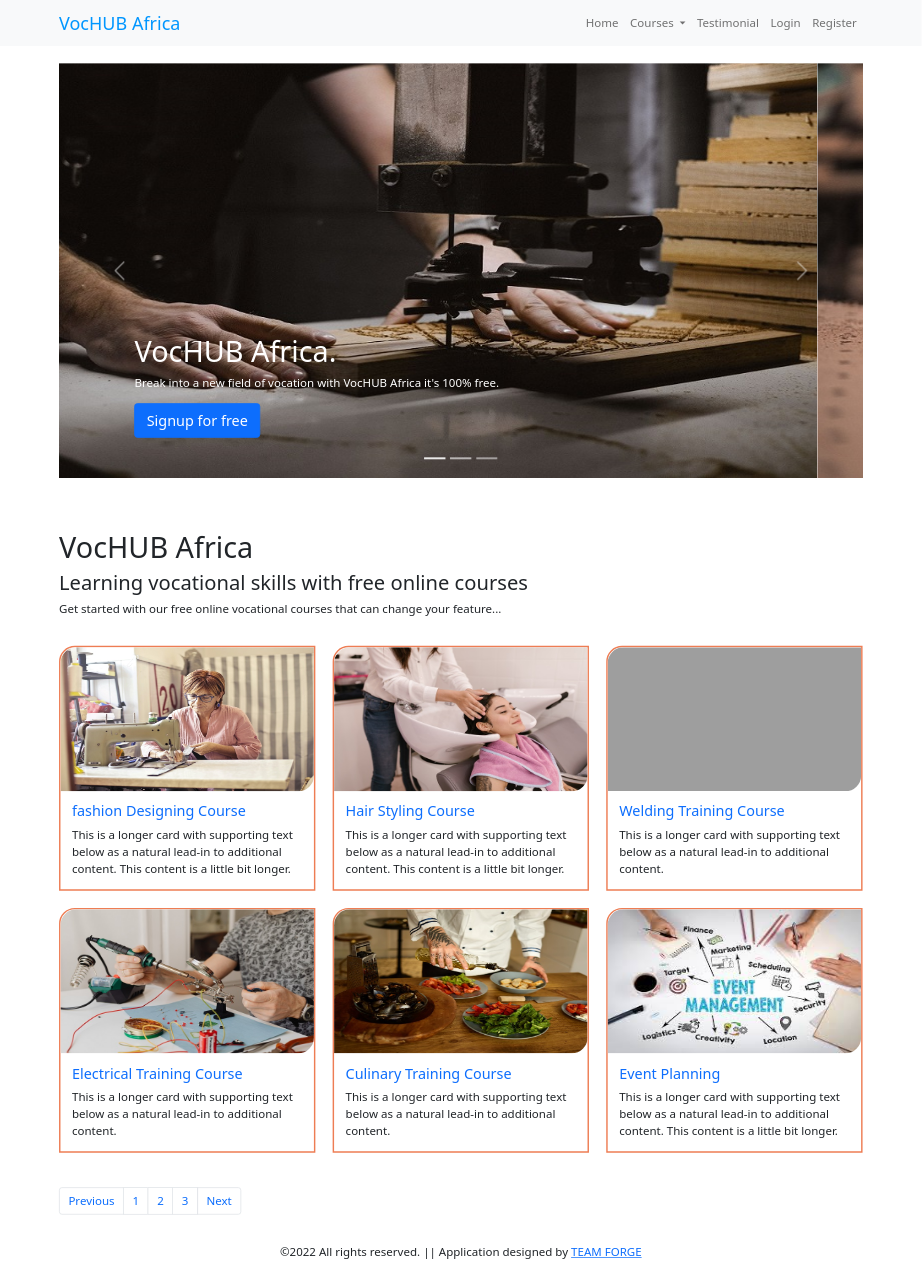
Repository: EKem01/VocHUB-Africa-Project
Page: / (app in client/)
An editor plug-in stored every save of this project. The page is shown before and after a run of saves, followed by the edit.
The browser window is 1280 px wide. The pictures show the whole page, at 72% of full size.
Pictures or frames that could not be fetched are drawn as grey boxes. The project was rebuilt for these pictures with package versions that can differ from the ones it lists, and the page was loaded fresh each time. Also part of the build but not shown: client/angular.json, client/src/app/components/login/login.component.ts, client/src/app/components/register/register.component.ts, client/src/app/components/courses/fashion-designing/fashion-designing.component.ts, client/src/app/components/courses/hair-styling/hair-styling.component.ts, client/src/app/components/dashboard/dashboard.component.ts, client/src/app/components/logout/logout.component.ts, client/src/app/components/mentorship/mentorship.component.ts.

Above is the page before, as saved 2022-06-13 23:12:47.

After the next 2 saves:
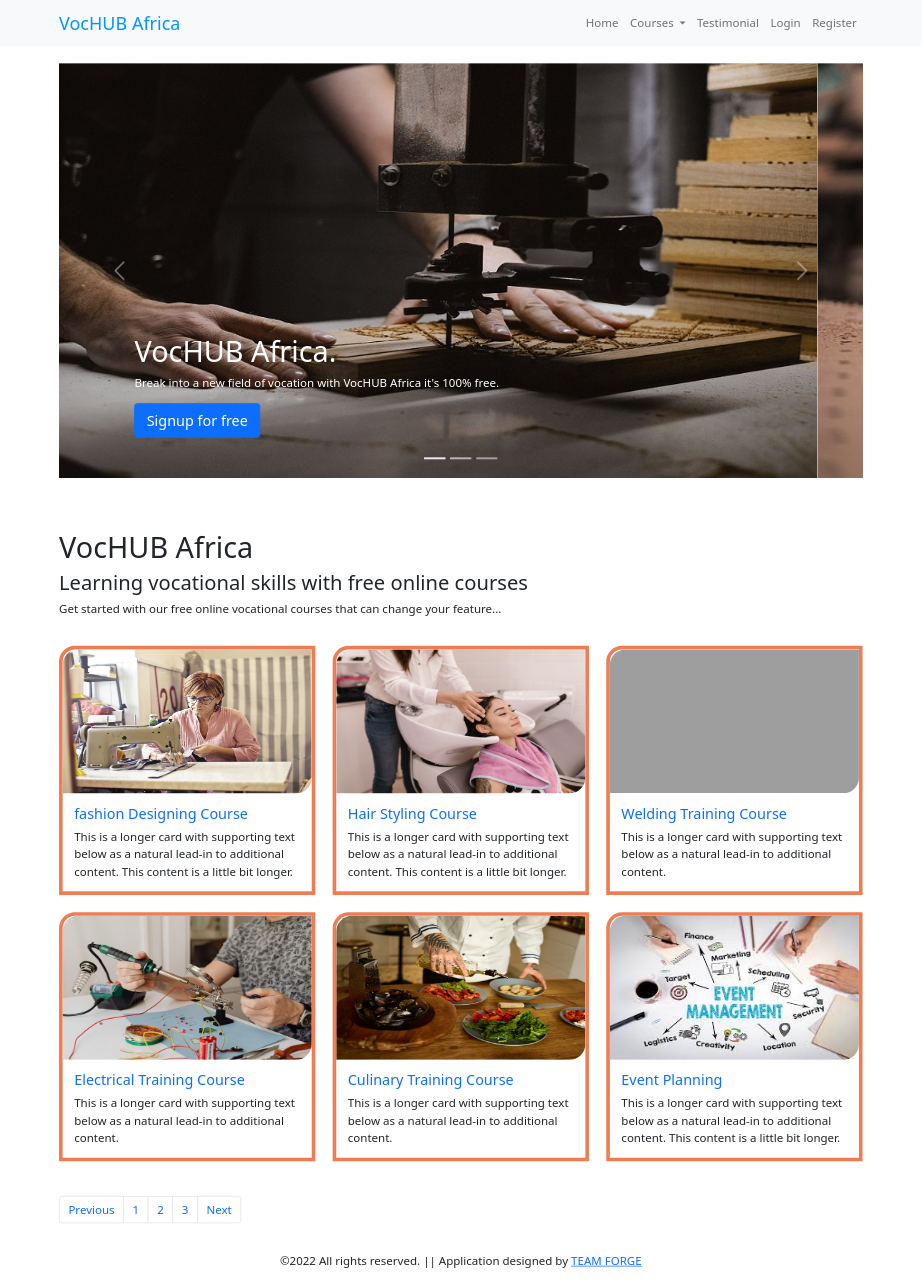
The 2 saves are shown as one change because they came seconds apart.
The last was saved 8 s later.
--- a/client/src/app/components/home/home.component.css
+++ b/client/src/app/components/home/home.component.css
@@ -4,7 +4,7 @@ img{
 }
 .card{
     border-radius: 22px 0px 0 0;
-    border: 2px solid rgb(238, 125, 84);
+    border: 5px solid rgb(238, 125, 84);
 }
 .card img{
     height: 200px;
